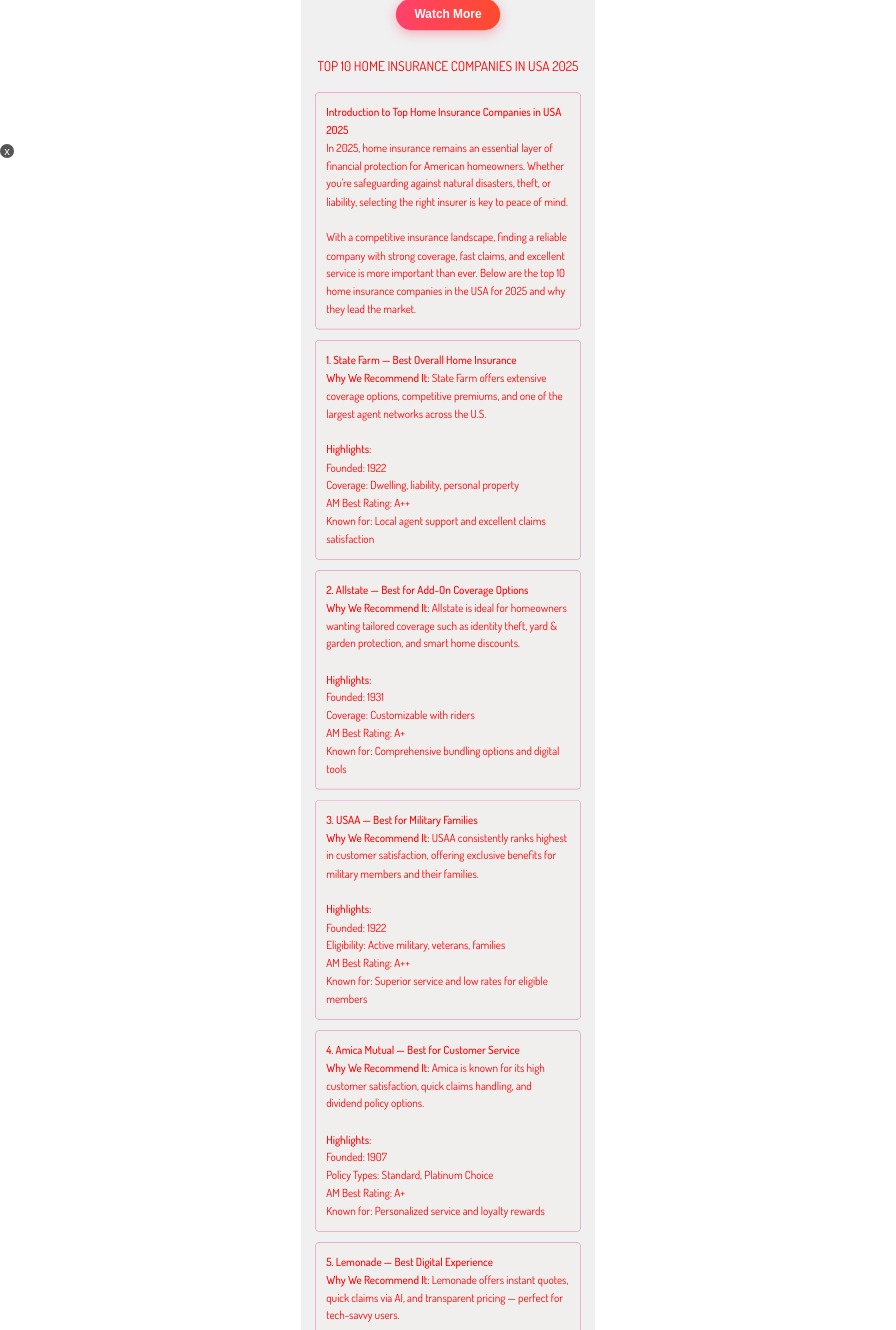
Repository: meenadabhii/swyplay.com
Page: loan48/link.html
The author's editor kept a copy of each file at every save. The page is drawn from the files as they stood at one save, then again after the next save.
The browser window is 1280 px wide. The pictures show the part of the page from y = 514 to 2414 px (the page is 5528 px tall before and 5778 px after), at 70% of full size.
A picture or video elsewhere on the page could not be fetched, so the positions and the page height are approximate.

Above is the page before, as saved 2025-09-06 17:02:46.

After the next save:
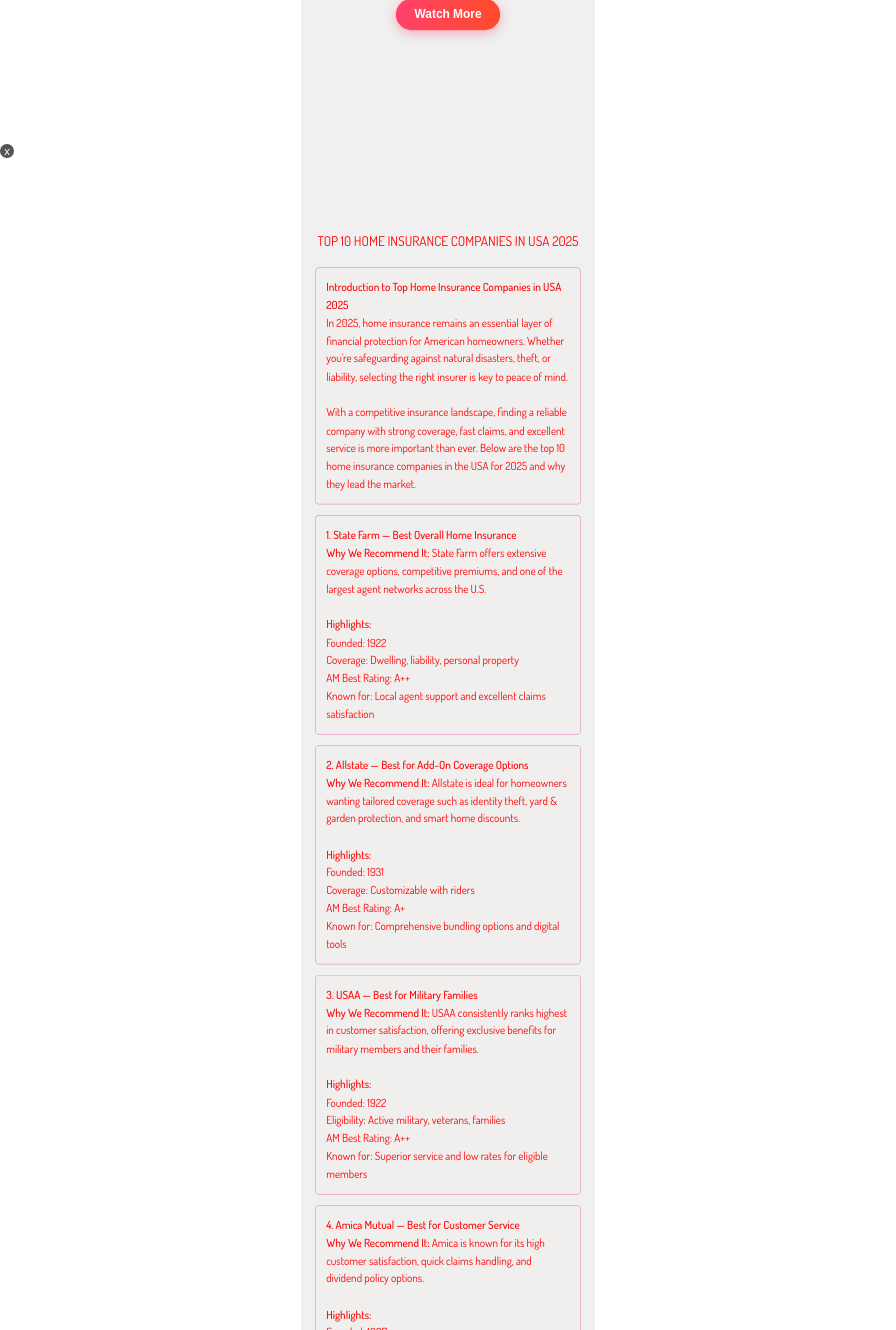
Saved 14 s later.
--- a/loan48/link.html
+++ b/loan48/link.html
@@ -349,7 +349,7 @@
             </a>
         </div>
 
-        <div id="div-gpt-ad-2"></div>
+        <div id="div-gpt-ad-2" style="min-width:300px; min-height:250px;"></div>
 
 
         <!-- Display Banner 300x600 -->
